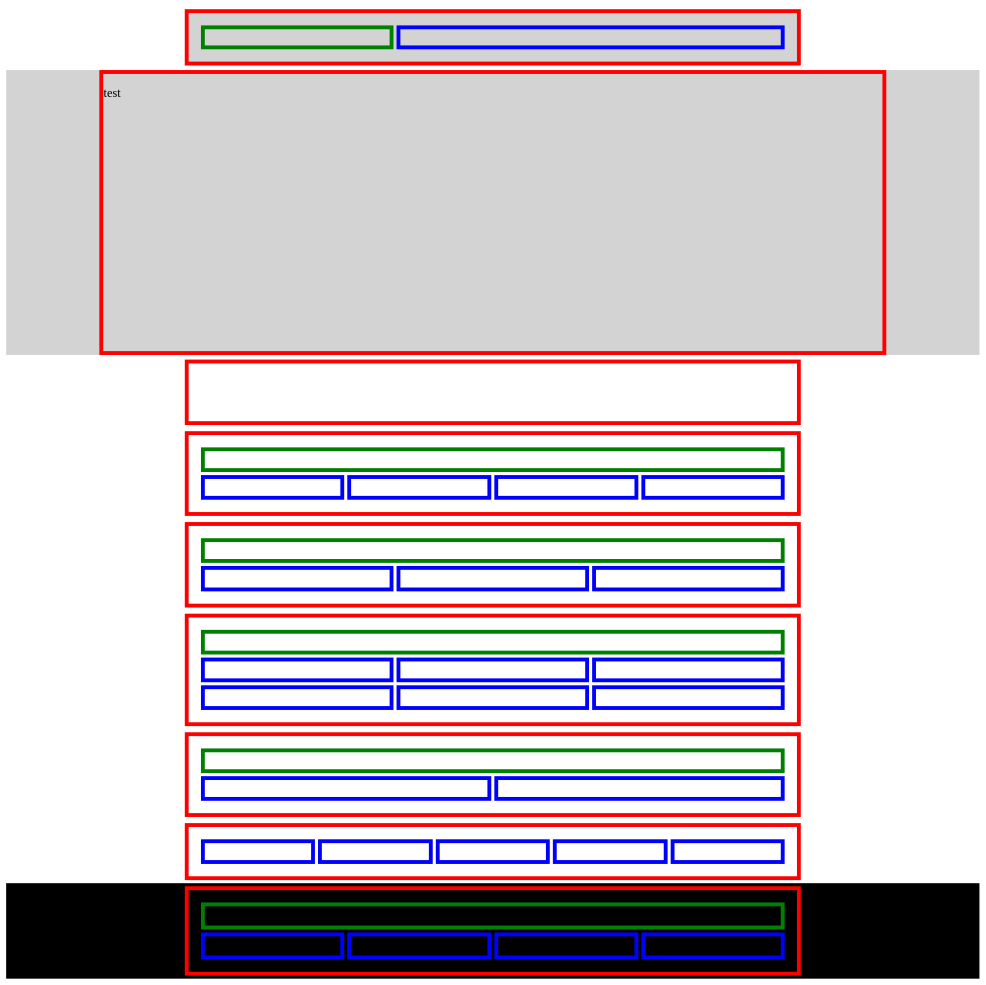
Repository: anderscederberg11/LAB2BG
Page: index.html
The author's editor kept a copy of each file at every save. The page is drawn from the files as they stood at one save, then again after the next save.
The browser window is 1280 px wide. The pictures show the whole page, at 77% of full size.

Above is the page before, as saved 2024-01-30 23:04:49.

### index.html
<!doctype html>
<html class="no-js" lang="en">

<head>
  <meta charset="utf-8">
  <meta name="viewport" content="width=device-width, initial-scale=1">
  <title>Sebastians Wonderful Website</title>
  <link rel="stylesheet" href="css/style.css">
  <meta name="description" content="sebastians website">
  <meta property="og:title" content="Sebastians Wonderful Website">
  <meta property="og:type" content="website">
  <meta property="og:url" content="https://www.SebastianWebsite.com">
  <!--<meta property="og:image" content=""> -->

  <link rel="icon" href="/favicon.ico" sizes="any">
  <link rel="icon" href="/icon.svg" type="image/svg+xml">
  <link rel="apple-touch-icon" href="icon.png">

</head>
    <body class="displayContainer">

        <header class="headerContainer">
            <div class="headerTitleContainer">
                <h1 class="title"></h1>
            </div>
            <div class="headerImageContainer"></div>
        </header>

        <div class="sectionOne">
            <div class="sectionOneImage">
                <div class="sectionOneList">
                    <p>test</p>
                </div>
                <!-- image -->
            </div>
        </div>

        <div class="sectionTwo">
            <h1 class="title"></h1>
        </div>

        <div class="sectionThree">
            <div class="headerSectionThree">
                <h2 class="secondHeader"></h2>
                <h5 class="subHeader"></h5>
            </div>
            <div class="card"></div>
            <div class="card"></div>
            <div class="card"></div>
            <div class="card"></div>
        </div>

        <div class="sectionFour">
            <div class="headerSectionFour">
                <h2 class="secondHeader"></h2>
                <h5 class="subHeader"></h5>
            </div>
            <div class="card-special"></div>
            <div class="card"></div>
            <div class="card"></div>
        </div>

        <div class="sectionFive">
            <div class="headerSectionFive">
                <h2 class="secondHeader"></h2>
                <h5 class="subHeader"></h5>
            </div>
            <div class="card"></div>
            <div class="card"></div>
            <div class="card"></div>
            <div class="card"></div>
            <div class="card"></div>
            <div class="card"></div>
        </div>

        <div class="sectionSix">
            <div class="headerSectionSix">
                <h2 class="secondHeader"></h2>
                <h5 class="subHeader"></h5>
            </div>
            <div class="card-special"></div>
            <div class="card-special"></div>
        </div>

        <div class="sectionSeven">
            <div class="card"></div>
            <div class="card"></div>
            <div class="card"></div>
            <div class="card"></div>
            <div class="card"></div>
        </div>

        <footer class="footerContainer">
            <div class="sectionFooter">
                <div class="footerInfo"><h6></h6></div>
                <div class="footerInfoCard"><h4></h4></div>
                <div class="footerInfoCard"><h4></h4></div>
                <div class="footerInfoCard"><h4></h4></div>
                <div class="footerInfoCard"><h4></h4></div>
            </div>
        </footer>

    </body>
</html>

### css/style.css
.displayContainer{
  display:flex;
  flex-direction: column;
  align-items: center;
}

.card, .card-special {
  border: 5px solid blue;
}

.headerContainer{
  grid-template-columns: repeat(3, 1fr);
  background-color: lightgrey;
}

.headerTitleContainer{
  border: 5px solid green;
}

.headerImageContainer{
  grid-column: 2/4;
  border: 5px solid blue;
}

.sectionOne{
  display:flex;
  flex-direction: column;
  align-items: center;
  background-color: lightgrey;
  width:100%;
  border:none;
  margin:0.25vh;
}

.sectionOneList{

}

.sectionOneImage{
  width:80%;
  height:50vh;
  border: 5px solid red;
}

.headerContainer, .sectionTwo, .sectionThree, .sectionFour, .sectionFive, .sectionSix, .sectionSeven, .sectionFooter{
  display:grid;
  width:60%;
  grid-gap:0.25em;
  padding:1em;
  margin:0.25em;
  border: 5px solid red;
}
.headerSectionThree, .headerSectionFour, .headerSectionFive, .headerSectionSix, .footerInfo{
  border: 5px solid green;
}

.sectionThree, .sectionFooter{
  grid-template-columns: repeat(4, 1fr);
  grid-template-rows: repeat(2, 1fr);
}

.headerSectionThree, .footerInfo{
  grid-column: span 4;
}

.sectionFour{
  grid-template-columns: repeat(3, 1fr);
  grid-template-rows: repeat(2, 1fr);
}

.headerSectionFour{
  grid-column: span 3;
}

.sectionFive{
  grid-template-columns: repeat(3, 1fr);
  grid-template-rows: repeat(3, 1fr);
}

.headerSectionFive{
  grid-column: span 3;
}

.sectionSix{
  grid-template-columns: repeat(2, 1fr);
  grid-template-rows: repeat(2, 1fr);
}

.headerSectionSix{
  grid-column: span 2;
}

.sectionSeven{
  grid-template-columns: repeat(5, 1fr);
  height:31.51px; /*REMOVE*/
}

.footerContainer{
  display:flex;
  flex-direction: column;
  align-items: center;
  width:100%;
  background-color: black;
}

.sectionFooter{

}

.footerInfo{

}

.footerInfoCard{
  border: 5px solid blue;
}

@media screen and (max-width: 40em) {
  .sectionThree, .sectionFour, .sectionFooter, .sectionFive{
    grid-template-columns: repeat(2, 1fr);
    grid-template-rows: repeat(3, 1fr);
  }

  .headerSectionThree, .footerInfo, .headerSectionFour, .sectionFour .card-special, .headerSectionFive {
    grid-column: span 2;
  }

  .sectionFive{
    grid-template-rows: repeat(4, 1fr);
  }

  .sectionSix{
    grid-template-columns: repeat(1, 1fr);
    grid-template-rows: repeat(3, 1fr);
  }

  .headerSectionSix{
    grid-column: span 1;
  }

}

After the next save:
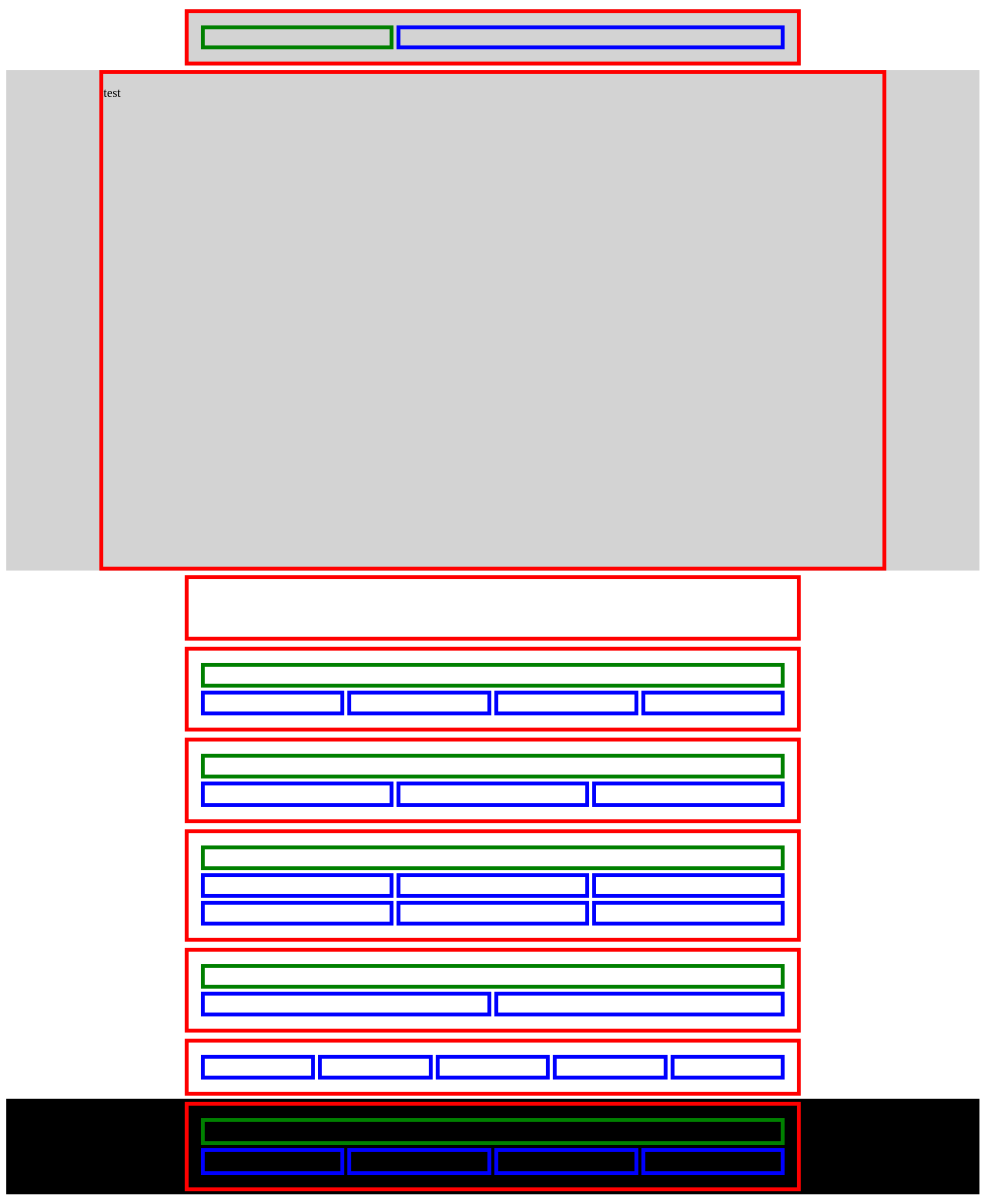
Saved 7 s later.
--- a/css/style.css
+++ b/css/style.css
@@ -38,7 +38,7 @@
 
 .sectionOneImage{
   width:80%;
-  height:50vh;
+  height:50vw;
   border: 5px solid red;
 }
 
